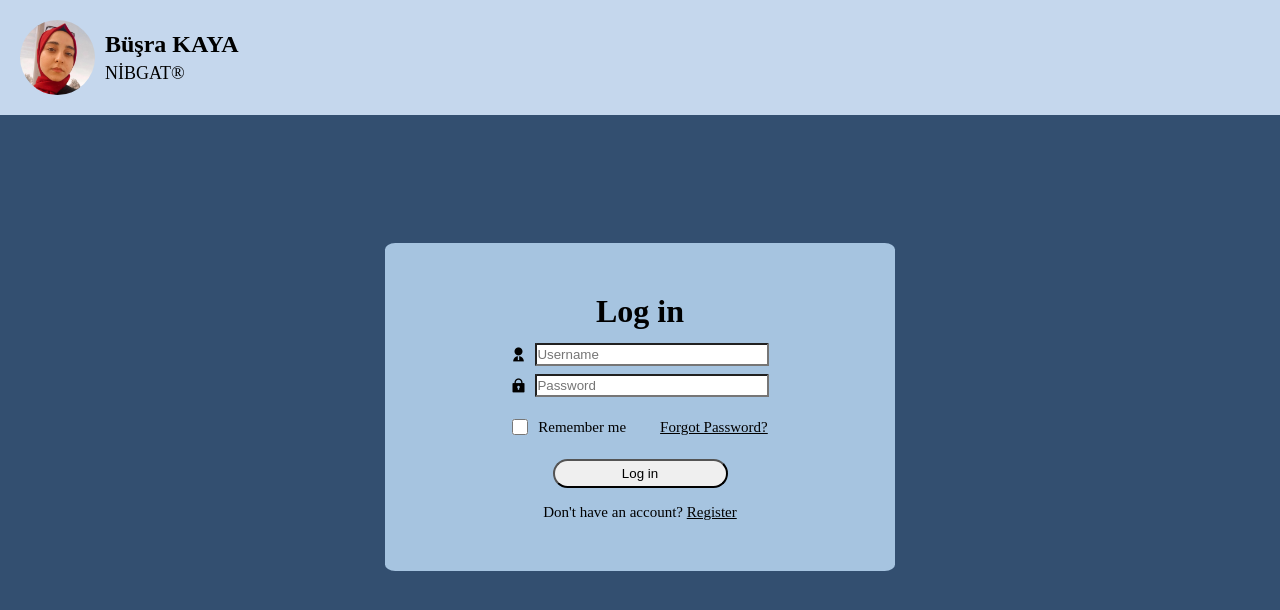
Repository: busra-kayaa/LoginPage
Page: login.html
The author's editor kept a copy of each file at every save. The page is drawn from the files as they stood at one save, then again after the next save.
The browser window is 1280 px wide. The pictures show the whole page.

Above is the page before, as saved 2024-01-13 14:49:43.

After the next save:
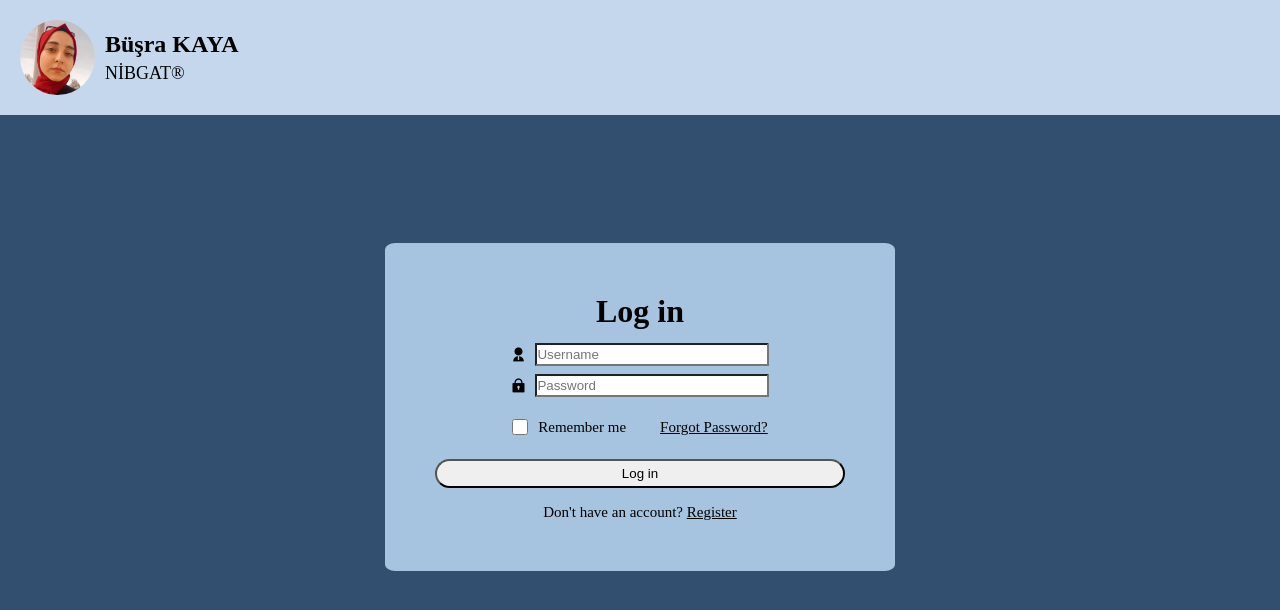
Saved 8 min 15 s later.
--- a/style.css
+++ b/style.css
@@ -27,6 +27,8 @@ body {
 .logo {
     border-radius: 50%;
     margin-right: 10px;
+    max-width: 100%; /* Resmin maksimum genişliği */
+
 }
 
 .header-desc-container {
@@ -128,7 +130,7 @@ body {
 }
 
 .login-button {
-    width: 175px;
+    width: 100%;
     padding: 5px;
     margin-bottom: 1rem;
     border-radius: 4rem;
